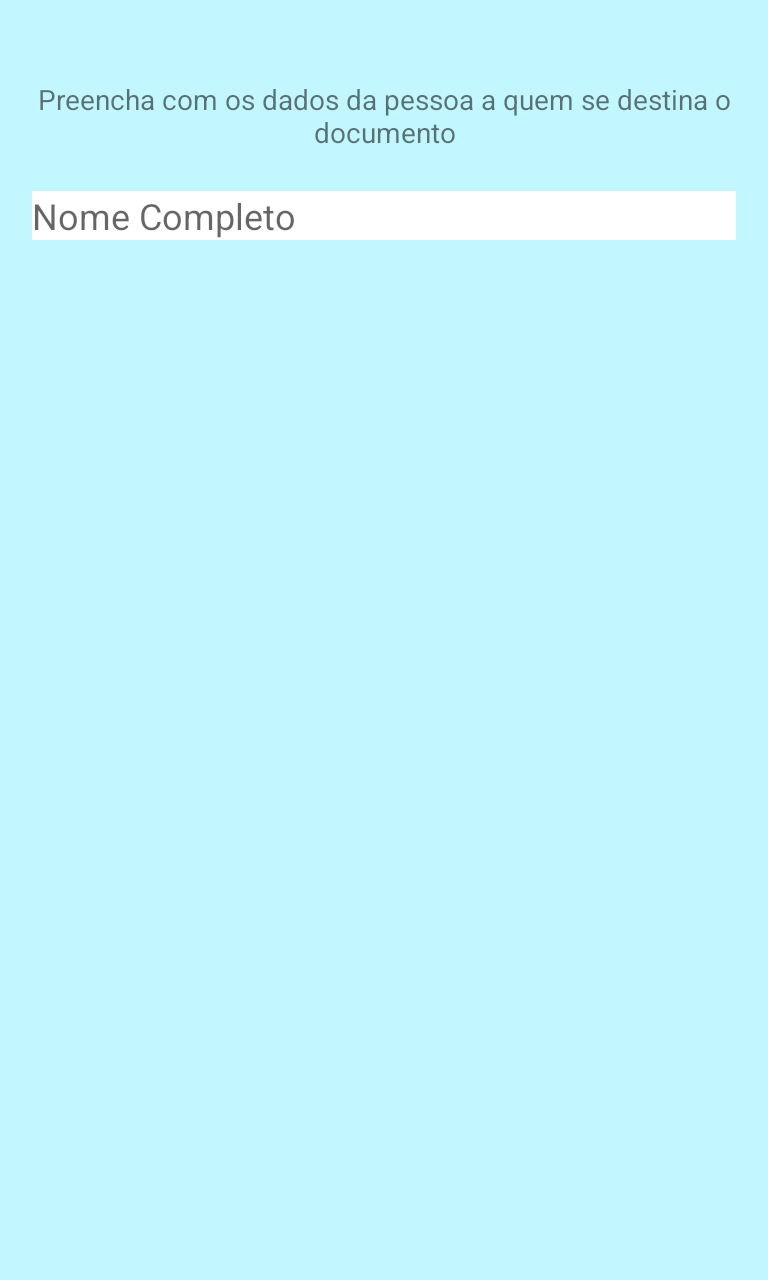
Repository: pdelfino/Projeto-livre
Layout: Protesto Livre/ProtestoLivre/res/layout/fragment_tela05.xml
An editor plug-in stored every save of this project. The layout is shown before and after the next save, followed by the edit.
It is drawn on a 768 x 1280 px phone screen (xhdpi) without system bars, with theme AppTheme; the app's code is not run.

Above is the layout before, as saved 2014-05-29 00:08:06.

After the next save:
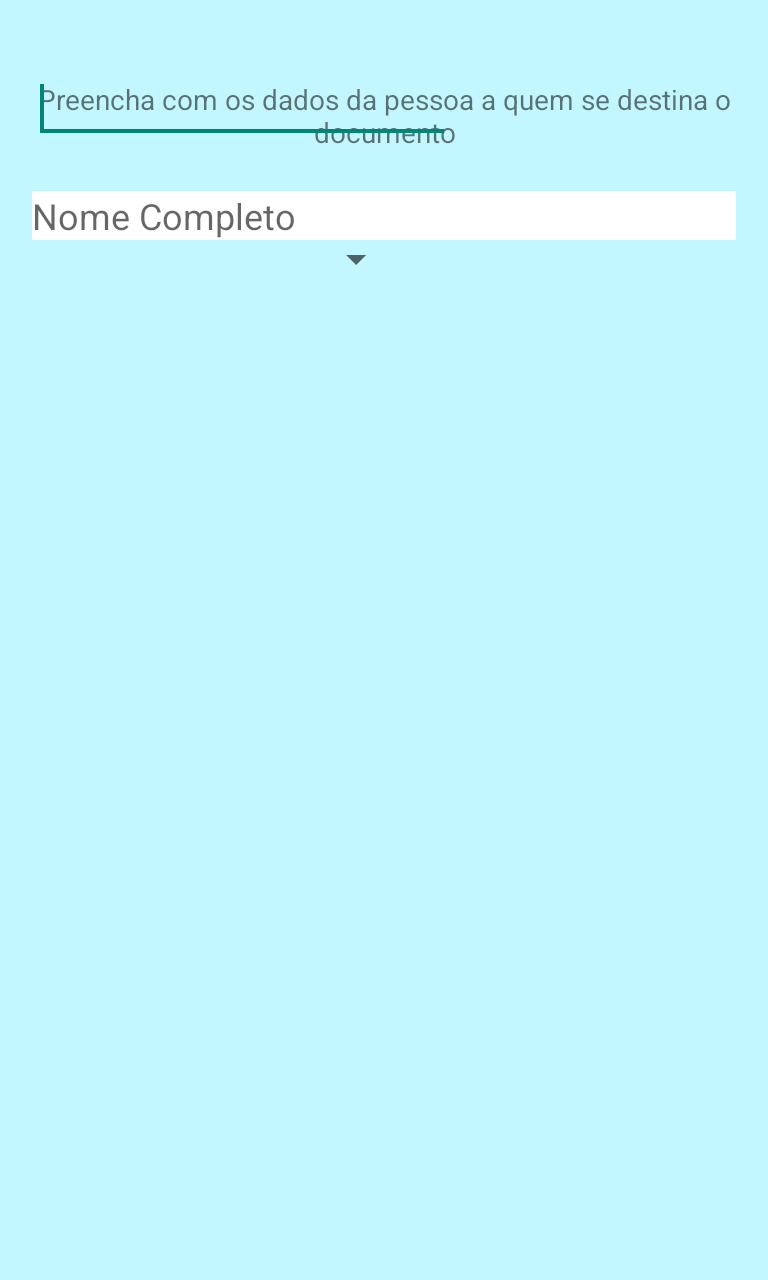
Saved 2 min 39 s later.
--- a/Protesto Livre/ProtestoLivre/res/layout/fragment_tela05.xml
+++ b/Protesto Livre/ProtestoLivre/res/layout/fragment_tela05.xml
@@ -20,16 +20,39 @@
         android:text="Preencha com os dados da pessoa a quem se destina o documento" />
 
     <EditText
-        android:id="@+id/editText1"
+        android:id="@+id/Nome"
         android:layout_width="wrap_content"
         android:layout_height="wrap_content"
         android:layout_alignLeft="@+id/textView1"
         android:layout_alignRight="@+id/textView1"
         android:layout_below="@+id/textView1"
         android:layout_marginTop="20dp"
+        android:background="#ffffff"
         android:ems="10"
         android:hint="Nome Completo"
-        android:background="#ffffff"
         android:inputType="textPersonName" />
 
+    <EditText
+        android:id="@+id/editText2"
+        android:layout_width="wrap_content"
+        android:layout_height="wrap_content"
+        android:layout_alignLeft="@+id/editText1"
+        android:layout_alignRight="@+id/editText1"
+        android:layout_below="@+id/editText1"
+        android:layout_marginRight="104dp"
+        android:layout_marginTop="16dp"
+        android:ems="10" >
+
+        <requestFocus />
+    </EditText>
+
+    <Spinner
+        android:id="@+id/spinner1"
+        android:layout_width="wrap_content"
+        android:layout_height="wrap_content"
+        android:layout_alignRight="@+id/editText2"
+        android:layout_below="@+id/editText2"
+        android:layout_marginRight="24dp"
+        android:layout_marginTop="44dp" />
+
 </RelativeLayout>
